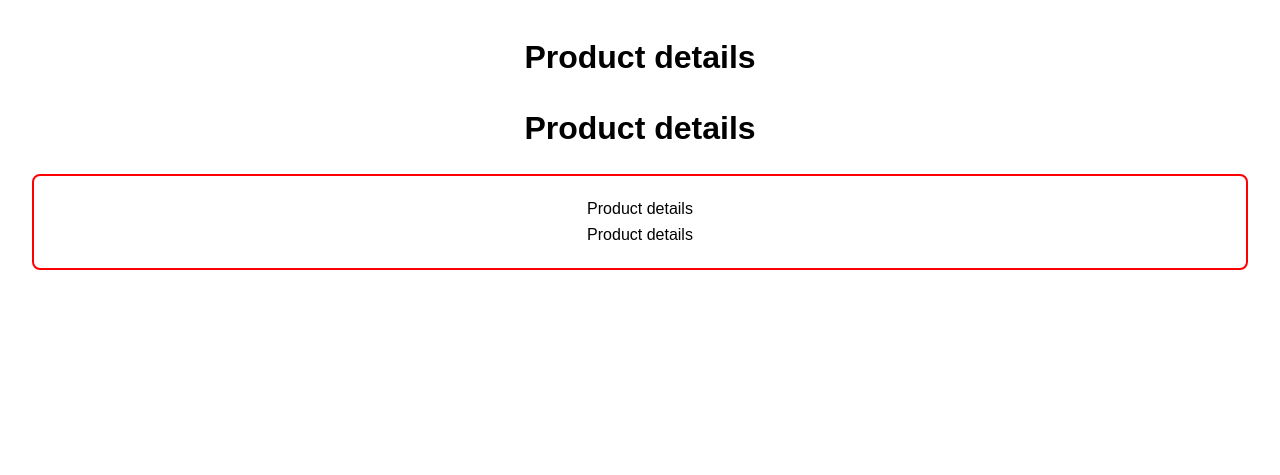
Repository: Manny1294/react-learning
Page: /
An editor plug-in stored every save of this project. The page is shown before and after the next save, followed by the edit.
The browser window is 1280 px wide. The pictures show the whole page.
The project was rebuilt for these pictures with package versions that can differ from the ones it lists, and the page was loaded fresh each time. Also part of the build but not shown: vite.config.js.

Above is the page before, as saved 2026-01-26 10:09:20.

### index.html
<!doctype html>
<html lang="en">
  <head>
    <meta charset="UTF-8" />
    <link rel="icon" type="image/svg+xml" href="/vite.svg" />
    <meta name="viewport" content="width=device-width, initial-scale=1.0" />
    <title>my-react-lesson</title>
  </head>
  <body>
    <div id="root"></div>
    <script type="module" src="/src/main.jsx"></script>
  </body>
</html>

### src/index.css
* {
  margin: 0;
  padding: 0;
  box-sizing: border-box;
}

body {
  font-family: Arial, Helvetica, sans-serif;
  line-height: 1.6;
}

### src/App.jsx
import "./App.css";
import ProductCard from "./components/ProductCard";

export default function App() {
  const Product = {
    name: "beans",
    price: "200",
    image: "",
    description: "Nigerian-made long grain rice",
  };
  const Product2 = {
    name: "orange",
    price: "700",
    image: "",
    description: "home made orange",
  };
  return (
    <div>
      <h1 style={{ marginBottom: "20px" }}>Product details</h1>
      <ProductCard
        name={Product.name}
        price={Product.price}
        image={Product.image}
        description={Product.description}
      />
    </div>
  );
}

// export default App;

### src/components/ProductCard.jsx
import "./ProductCard.css";

function ProductCard() {
  return (
    <>
      <h1 style={{ marginBottom: "20px" }}>Product details</h1>
      <div className="card">
        {/* left- pictures */}
        <div>
          <p>Product details</p>
        </div>
        <div>
          <p>Product details</p>
        </div>
      </div>
    </>
  );
}

export default ProductCard;

### src/components/ProductCard.css
.card {
  border: 2px solid hsl(0, 100%, 50%);
  padding: 20px;
  border-radius: 8px;
}

Loaded but not shown: src/main.jsx (common file); src/App.css (common file)

After the next save:
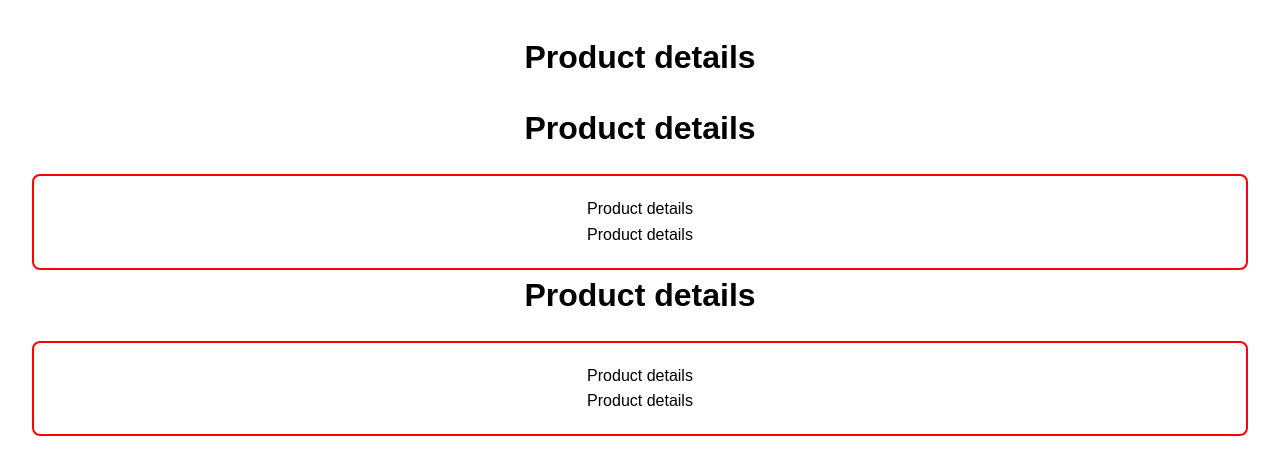
Saved 46 s later.
--- a/src/App.jsx
+++ b/src/App.jsx
@@ -23,6 +23,12 @@
         image={Product.image}
         description={Product.description}
       />
+      <ProductCard
+        name={Product2.name}
+        price={Product2.price}
+        image={Product2.image}
+        description={Product2.description}
+      />
     </div>
   );
 }

After the save that followed:
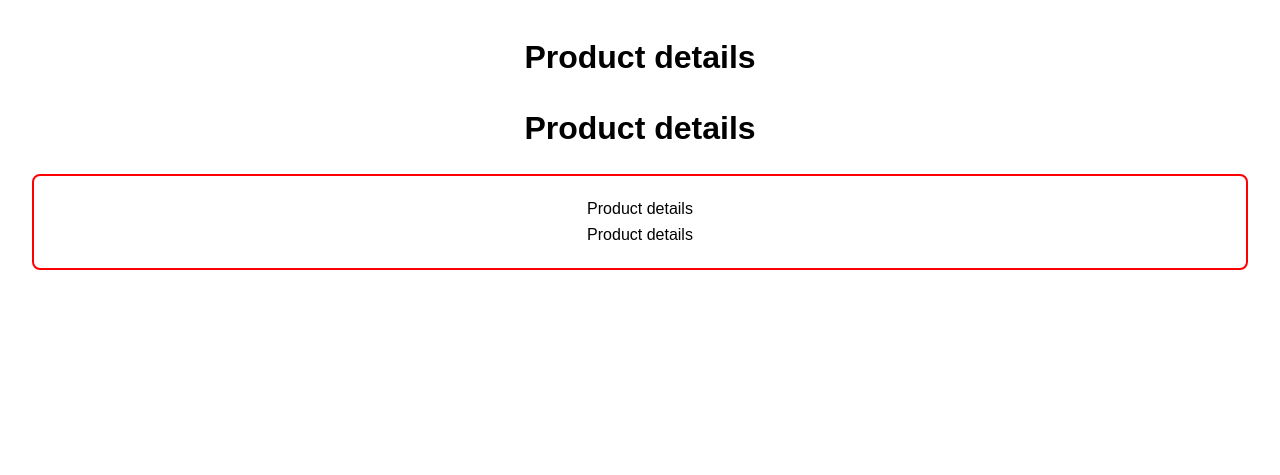
Saved 10 min 55 s later.
--- a/src/App.jsx
+++ b/src/App.jsx
@@ -23,12 +23,12 @@
         image={Product.image}
         description={Product.description}
       />
-      <ProductCard
+      {/* <ProductCard
         name={Product2.name}
         price={Product2.price}
         image={Product2.image}
         description={Product2.description}
-      />
+      /> */}
     </div>
   );
 }
